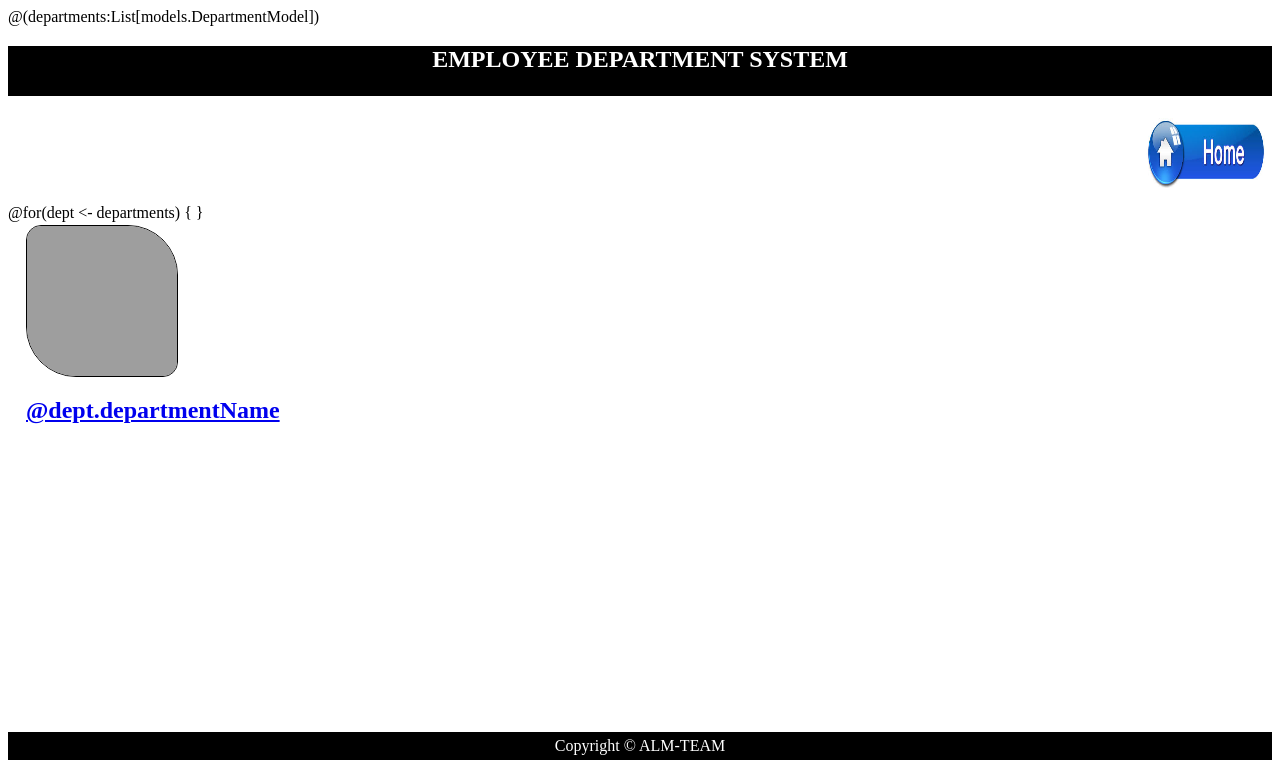
Repository: sumitkum200690/PLAY_SLICK
Page: Play_DB/app/views/allDepartmentPage.scala.html
These files come from the project's save history. The page is drawn as it stood at one moment and after the next save; the edit follows.
The browser window is 1280 px wide. The pictures show the whole page.
Pictures or frames that could not be fetched are drawn as grey boxes.

Above is the page before, as saved 2015-09-28 11:29:02.

### Play_DB/app/views/allDepartmentPage.scala.html
@(departments:List[models.DepartmentModel])

<head>
<style>

#maindiv{
	height:100%;
	width:100%;

}

#header{
	height:7%;
	width:100%;
	background-color:black;
	color:white;
	text-align:center;


}


#d3{
	height:93%;
	width:100%;
	float:left;
}

#content{
	height:95%;
	width:100%;

}

#list{
	height:100%;
	width:90%;
	float:left;
	background-color:white;
}

#home{
	height:100%;
	width:10%;
	float:left;
	background-color:white;

}

#footer{
	height:5%;
	width:100%;
	background-color:black;
	color:white;
}

#header2 {
    background-color:black;
    color:white;
    text-align:center;
    padding:5px;
}

#section {
    width:100%;
    float:left;
    padding:10px;
     height: 100%;
     background-color:blue;
}

#section2 {
    width:100%;
    float:left;
    padding:10px;
     height: 100%;
}

#footer2 {
    background-color:black;
    color:white;
    clear:both;
    text-align:center;
   padding:5px;

   margin-bottom: 1px;
}




</style>


</head>








<body style="height: 100%; background-color:white" >

<div id="maindiv">

	<div id="header">

	<h2>EMPLOYEE DEPARTMENT SYSTEM</h2>
	</div>

	<div id="d3">

	<div id="content">

			<div id="list">

				<br/><br/><br/><br/><br/><br/>
				<table style="margin-left:15px ">
  <tr>
 					 @for(dept <- departments) {


    				<td colspan="50">
    					<table>
    						<tr>
    							<img src="/assets/images/@dept.departmentName@(".png")" alt="alt text" height="150" width="150" border="1" style="border-radius: 15px 50px;"/>
    						</tr>
    						<tr>
    						<a href="/DepartmentWiseManager/@dept.departmentName/@dept.id"><h2>@dept.departmentName</h2></a>
    						</tr>
    						</table>
    				</td>




   						}
   						</tr>
  </table>

			</div>

			<div id="home" style="float:left;"><a href="/"><h1><I><U><b><img src="/assets/images/home.jpg" alt="HOME" height="70" width="120"  /></b></U></I></h1></a></div>

		</div>

		<div id="footer2">
		Copyright © ALM-TEAM
		</div>

	</div>

</div>

After the next save:
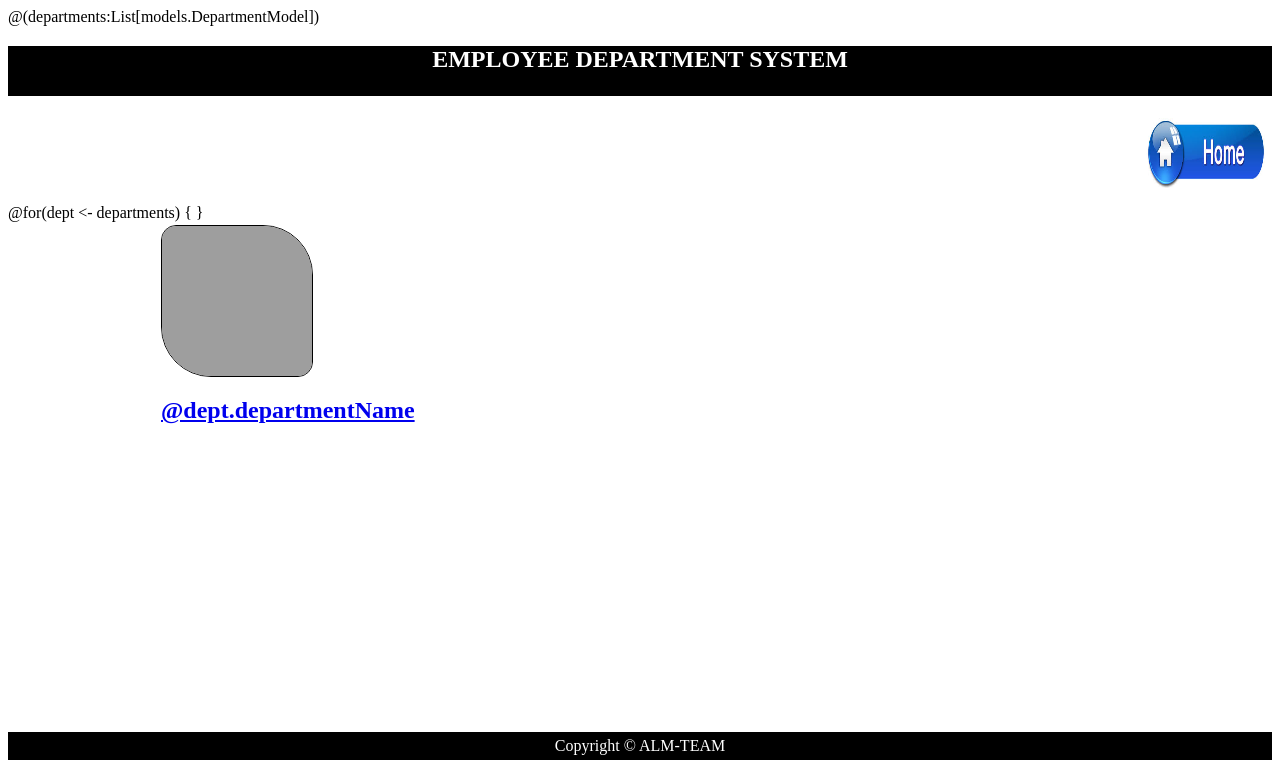
Saved 33 min 8 s later.
--- a/Play_DB/app/views/allDepartmentPage.scala.html
+++ b/Play_DB/app/views/allDepartmentPage.scala.html
@@ -117,7 +117,7 @@
 			<div id="list">
 
 				<br/><br/><br/><br/><br/><br/>
-				<table style="margin-left:15px ">
+				<table style="margin-left:150px ">
   <tr>
  					 @for(dept <- departments) {
 
